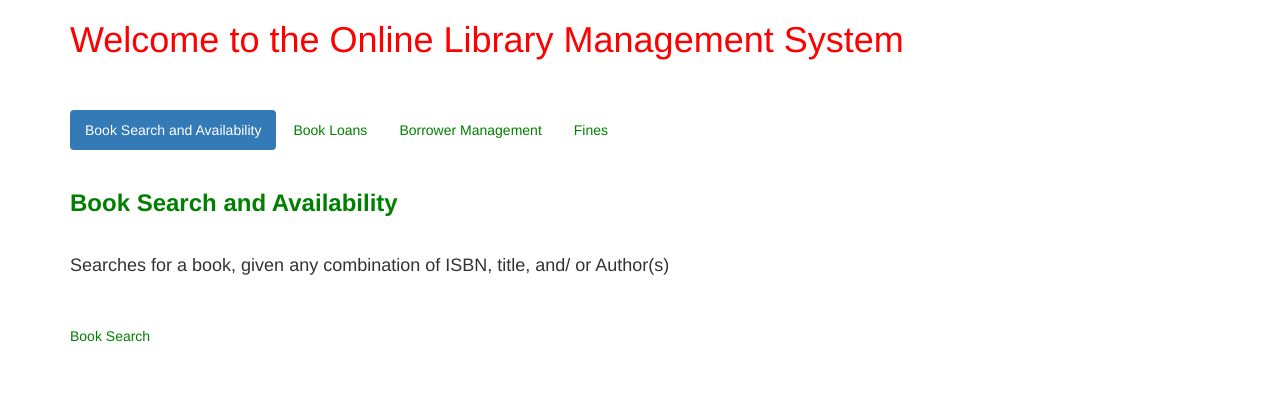
Repository: ApurvaMithal/LibraryManagementSystem
Page: http://localhost/LibraryManagementSystem/
These files come from the project's save history. The page is drawn as it stood at one moment and after the next save; the edit follows.
The browser window is 1280 px wide. The pictures show the whole page.
The page is served by Tomcat 9. Other server files are loaded and not shown.

Above is the page before, as saved 2018-03-03 01:45:33.

### eclipse/LibraryManagementSystem/WebContent/index.jsp
<%@ page language="java" contentType="text/html; charset=ISO-8859-1"
	pageEncoding="ISO-8859-1"%>
<!DOCTYPE html PUBLIC "-//W3C//DTD HTML 4.01 Transitional//EN" "http://www.w3.org/TR/html4/loose.dtd">

<html>
	<head>
		<title>Book Search and Availability</title>
		<link rel="stylesheet" href="css/bootstrap.min.css">
		<script src="js/jquery.min.js"></script>
		<script src="js/bootstrap.min.js"></script>
		<style>
		a:link {
    color: green;
    background-color: transparent;
    text-decoration: none;
}
a:visited {
    color: 	;
    background-color: transparent;
    text-decoration: none;
}
a:hover {
    color: red;
    background-color: transparent;
    text-decoration: underline;
}
a:active {
    color: yellow;
    background-color: transparent;
    text-decoration: underline;
}
</style>
	</head>

	<body>

		<div class="container">
			<h1><font color = "red">Welcome to the Online Library Management System</font></h1>
			</br></br>
			<ul class="nav nav-pills">
				<li class="active"><a data-toggle="pill" href="#BookSearch">Book Search and Availability</a></li>
				<li><a data-toggle="pill" href="#BookLoans">Book Loans</a></li>
				<li><a data-toggle="pill" href="#BorrowerManagement">Borrower Management</a></li>
				<li><a data-toggle="pill" href="#Fines">Fines</a></li>
			</ul>
			</br>

			<div class="tab-content">
				<div id="BookSearch" class="tab-pane fade in active">
				<h3><font color = "green"><strong>Book Search and Availability</strong></font></h3></br>
				<h4>Searches for a book, given any combination of ISBN, title, and/
				or Author(s)</h4></br>
				<h2></h2><a href="BookSearch.jsp" target="_blank">Book Search</a> </h2>

				</div>
			<div id="BookLoans" class="tab-pane fade">
				<h3><font color = "green"><strong>Book Loans</strong></font></h3></br>
				<h4>Facilitates Checking in and Checking out of books.</h4></br>
			</div>
			<div id="BorrowerManagement" class="tab-pane fade">
				<h3><font color = "green"><strong>Borrower Management</strong></font></h3></br>
				<h4>Create new borrowers in the system</h4></br>
			</div>
			<div id="Fines" class="tab-pane fade">
				<h3><font color = "green"><strong>Fines</strong></font></h3></br>
				<h4>Handles fine management</h4></br>
			</div>
			</div>
		</div>

	</body>
</html>

Loaded but not shown: eclipse/LibraryManagementSystem/WebContent/css/bootstrap.min.css (library); eclipse/LibraryManagementSystem/WebContent/js/jquery.min.js (library); eclipse/LibraryManagementSystem/WebContent/js/bootstrap.min.js (library)

After the next save:
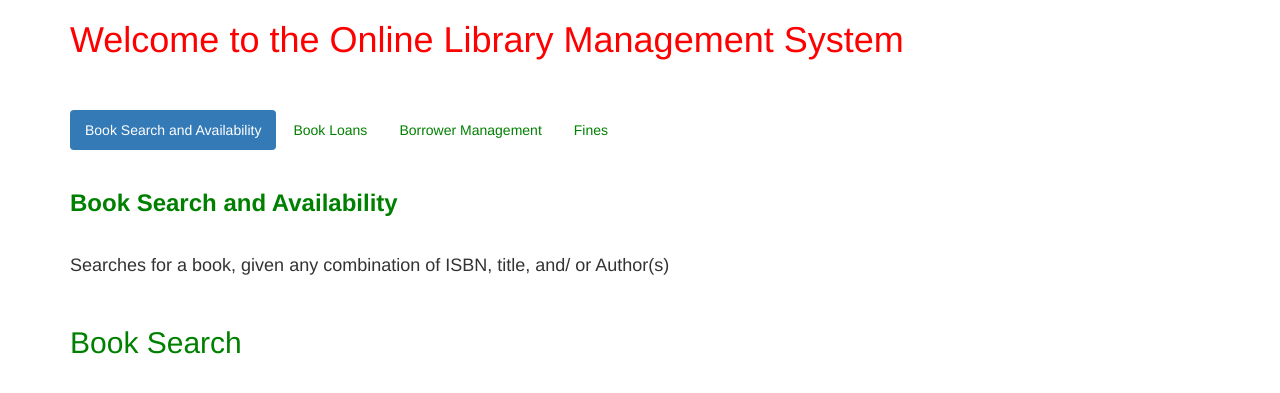
Saved 12 s later.
--- a/eclipse/LibraryManagementSystem/WebContent/index.jsp
+++ b/eclipse/LibraryManagementSystem/WebContent/index.jsp
@@ -50,7 +50,7 @@ a:active {
 				<h3><font color = "green"><strong>Book Search and Availability</strong></font></h3></br>
 				<h4>Searches for a book, given any combination of ISBN, title, and/
 				or Author(s)</h4></br>
-				<h2></h2><a href="BookSearch.jsp" target="_blank">Book Search</a> </h2>
+				<h2><a href="BookSearch.jsp" target="_blank">Book Search</a> </h2>
 
 				</div>
 			<div id="BookLoans" class="tab-pane fade">
